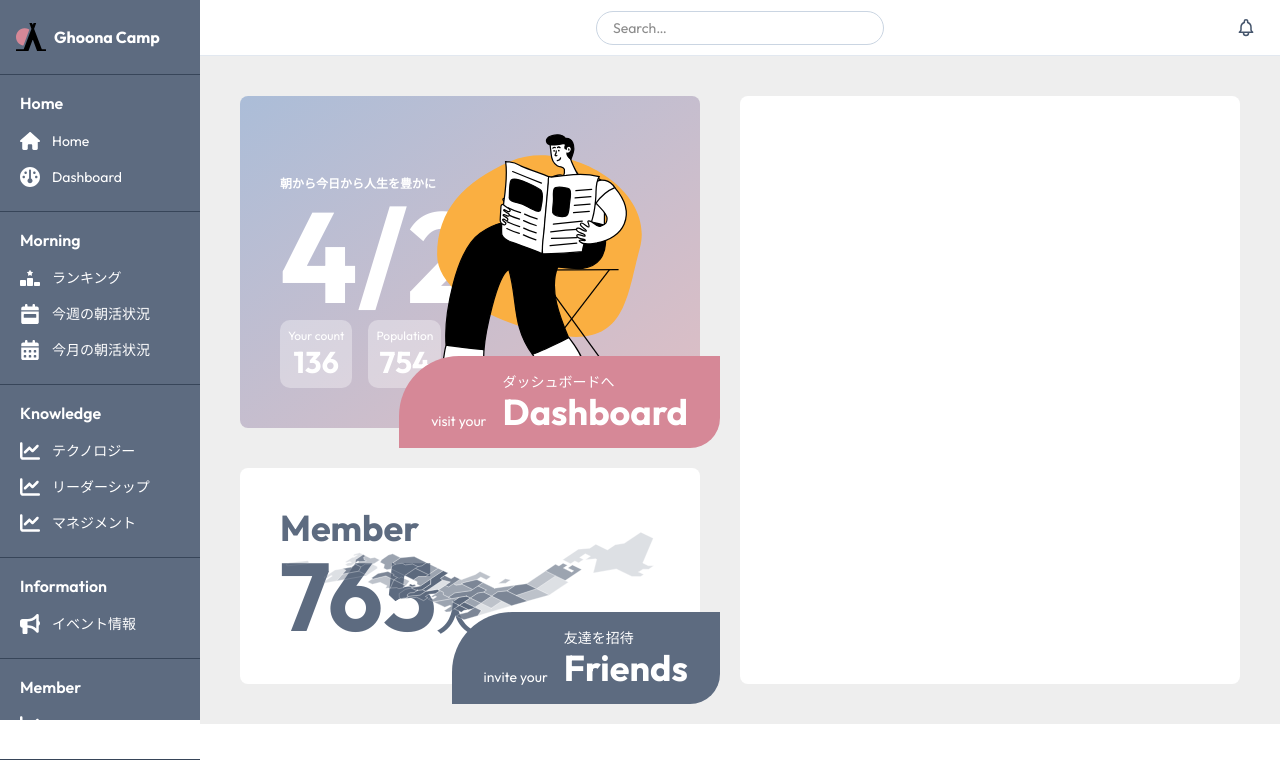
Repository: ShotaGhoona/ghoonacamp_platform
Page: /home
An editor plug-in stored every save of this project. The page is shown before and after a run of saves, followed by the edit.
The browser window is 1280 px wide. The pictures show the whole page.
The page's requests for data from a server got no answer. The project was rebuilt for these pictures with package versions that can differ from the ones it lists, and the page was loaded fresh each time. The framework's server and built-in components were replaced by stand-ins that run in the browser. No one was signed in, and anything a server would have sent is missing. Also part of the build but not shown: next.config.js.

Above is the page before, as saved 2025-04-25 13:52:57.

After the next 2 saves:
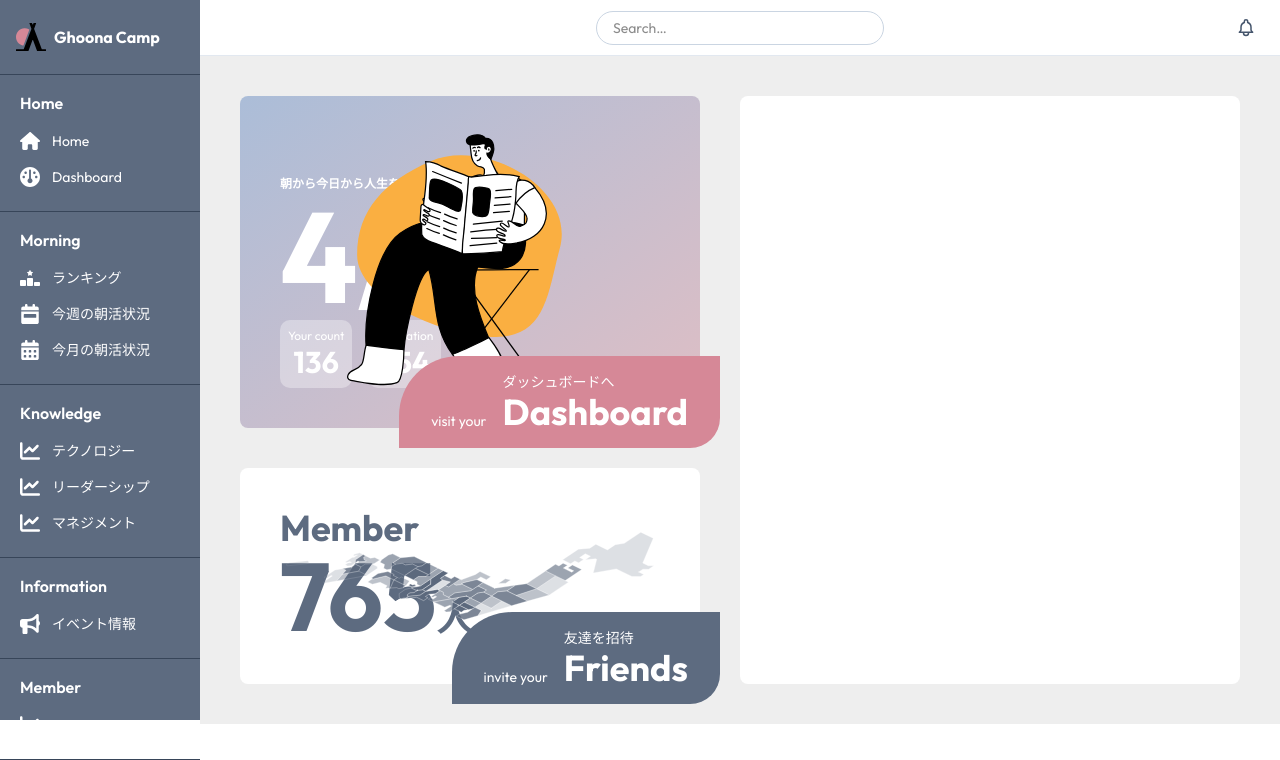
The 2 saves are shown as one change because they came seconds apart.
The last was saved 15 s later.
--- a/src/features/home/home/display/hero.tsx
+++ b/src/features/home/home/display/hero.tsx
@@ -21,7 +21,7 @@ export default function Hero() {
                 <p className="text-3xl font-bold">754</p>
             </div>
         </div>
-        <div className="absolute right-0 top-0 h-full">
+        <div className="absolute right-20 top-0 h-full">
             <img src="/svg/hero.svg" alt="tier1" className="w-full h-full" />
         </div>
         <Link href="/dashboard" className="absolute -bottom-5 -right-5 flex flex-col gap-4">
